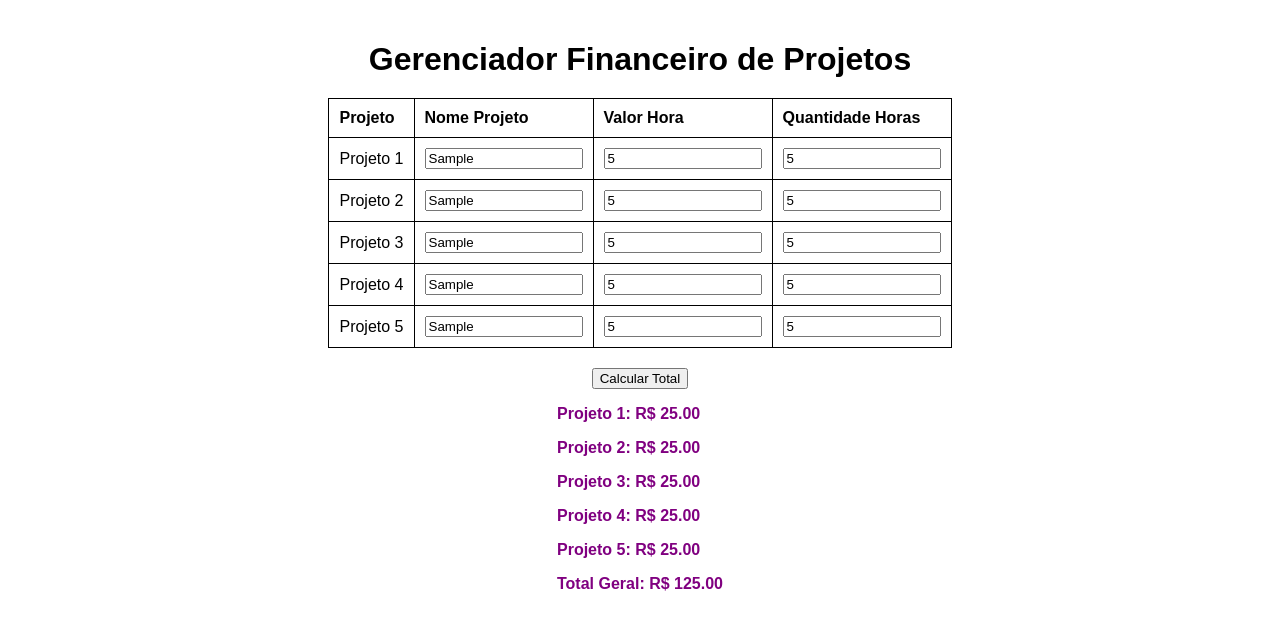
Repository: Gabrielb0rn/JavaScript-HTML.io
Page: atividade 8/index.html
These files come from the project's save history. The page is drawn as it stood at one moment and after the next save; the edit follows.
The browser window is 1280 px wide. The pictures show the whole page.
Empty fields were first filled with sample values (such as "Sample", 5 or name@example.com).
After loading, the first visible `button` was clicked once.

Above is the page before, as saved 2024-07-04 11:23:39.

### atividade 8/index.html
<!DOCTYPE html>
<html lang="pt-BR">
<head>
    <meta charset="UTF-8">
    <meta name="viewport" content="width=device-width, initial-scale=1.0">
    <title>Gerenciador Financeiro de Projetos</title>
    <style>
        body {
            font-family: Arial, sans-serif;
            display: flex;
            flex-direction: column;
            align-items: center;
            margin: 0;
            padding: 20px;
        }

        h1 {
            margin-bottom: 20px;
        }

        table {
            border-collapse: collapse;
            margin-bottom: 20px;
        }

        th, td {
            border: 1px solid #000;
            padding: 10px;
            text-align: left;
        }

        input[type="text"], input[type="number"] {
            width: 150px;
        }

        .result {
            font-weight: bold;
            color: #800080;
        }
    </style>
</head>
<body>
    <h1>Gerenciador Financeiro de Projetos</h1>
    <table>
        <thead>
            <tr>
                <th>Projeto</th>
                <th>Nome Projeto</th>
                <th>Valor Hora</th>
                <th>Quantidade Horas</th>
            </tr>
        </thead>
        <tbody>
            <tr>
                <td>Projeto 1</td>
                <td><input type="text" id="nomeProjeto1" placeholder="Nome Projeto"></td>
                <td><input type="number" id="valorHora1" placeholder="Valor Hora"></td>
                <td><input type="number" id="quantidadeHoras1" placeholder="Quantidade Horas"></td>
            </tr>
            <tr>
                <td>Projeto 2</td>
                <td><input type="text" id="nomeProjeto2" placeholder="Nome Projeto"></td>
                <td><input type="number" id="valorHora2" placeholder="Valor Hora"></td>
                <td><input type="number" id="quantidadeHoras2" placeholder="Quantidade Horas"></td>
            </tr>
            <tr>
                <td>Projeto 3</td>
                <td><input type="text" id="nomeProjeto3" placeholder="Nome Projeto"></td>
                <td><input type="number" id="valorHora3" placeholder="Valor Hora"></td>
                <td><input type="number" id="quantidadeHoras3" placeholder="Quantidade Horas"></td>
            </tr>
            <tr>
                <td>Projeto 4</td>
                <td><input type="text" id="nomeProjeto4" placeholder="Nome Projeto"></td>
                <td><input type="number" id="valorHora4" placeholder="Valor Hora"></td>
                <td><input type="number" id="quantidadeHoras4" placeholder="Quantidade Horas"></td>
            </tr>
            <tr>
                <td>Projeto 5</td>
                <td><input type="text" id="nomeProjeto5" placeholder="Nome Projeto"></td>
                <td><input type="number" id="valorHora5" placeholder="Valor Hora"></td>
                <td><input type="number" id="quantidadeHoras5" placeholder="Quantidade Horas"></td>
            </tr>
        </tbody>
    </table>
    <button onclick="calcularTotal()">Calcular Total</button>
    <div id="resultados"></div>

    <script>
        function calcularTotal() {
            let totalGeral = 0;
            let resultados = '';

            for (let i = 1; i <= 5; i++) {
                const nomeProjeto = document.getElementById(`nomeProjeto${i}`).value;
                const valorHora = parseFloat(document.getElementById(`valorHora${i}`).value) || 0;
                const quantidadeHoras = parseFloat(document.getElementById(`quantidadeHoras${i}`).value) || 0;
                const totalProjeto = valorHora * quantidadeHoras;

                if (nomeProjeto && valorHora && quantidadeHoras) {
                    resultados += `<p class="result">Projeto ${i}: R$ ${totalProjeto.toFixed(2)}</p>`;
                }

                totalGeral += totalProjeto;
            }

            resultados += `<p class="result">Total Geral: R$ ${totalGeral.toFixed(2)}</p>`;
            document.getElementById('resultados').innerHTML = resultados;
        }
    </script>
</body>
</html>

After the next save:
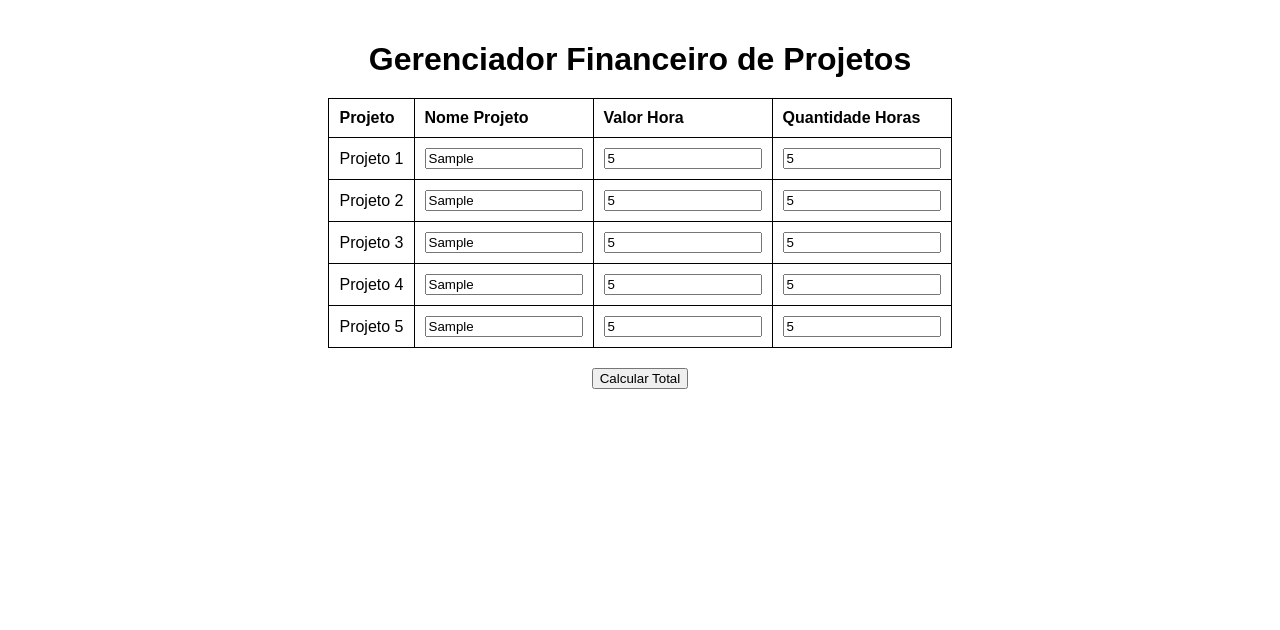
Console error: ReferenceError: calcularTotal is not defined
Saved 58 s later.
--- a/atividade 8/index.html
+++ b/atividade 8/index.html
@@ -87,26 +87,7 @@
     <div id="resultados"></div>
 
     <script>
-        function calcularTotal() {
-            let totalGeral = 0;
-            let resultados = '';
 
-            for (let i = 1; i <= 5; i++) {
-                const nomeProjeto = document.getElementById(`nomeProjeto${i}`).value;
-                const valorHora = parseFloat(document.getElementById(`valorHora${i}`).value) || 0;
-                const quantidadeHoras = parseFloat(document.getElementById(`quantidadeHoras${i}`).value) || 0;
-                const totalProjeto = valorHora * quantidadeHoras;
-
-                if (nomeProjeto && valorHora && quantidadeHoras) {
-                    resultados += `<p class="result">Projeto ${i}: R$ ${totalProjeto.toFixed(2)}</p>`;
-                }
-
-                totalGeral += totalProjeto;
-            }
-
-            resultados += `<p class="result">Total Geral: R$ ${totalGeral.toFixed(2)}</p>`;
-            document.getElementById('resultados').innerHTML = resultados;
-        }
     </script>
 </body>
 </html>
